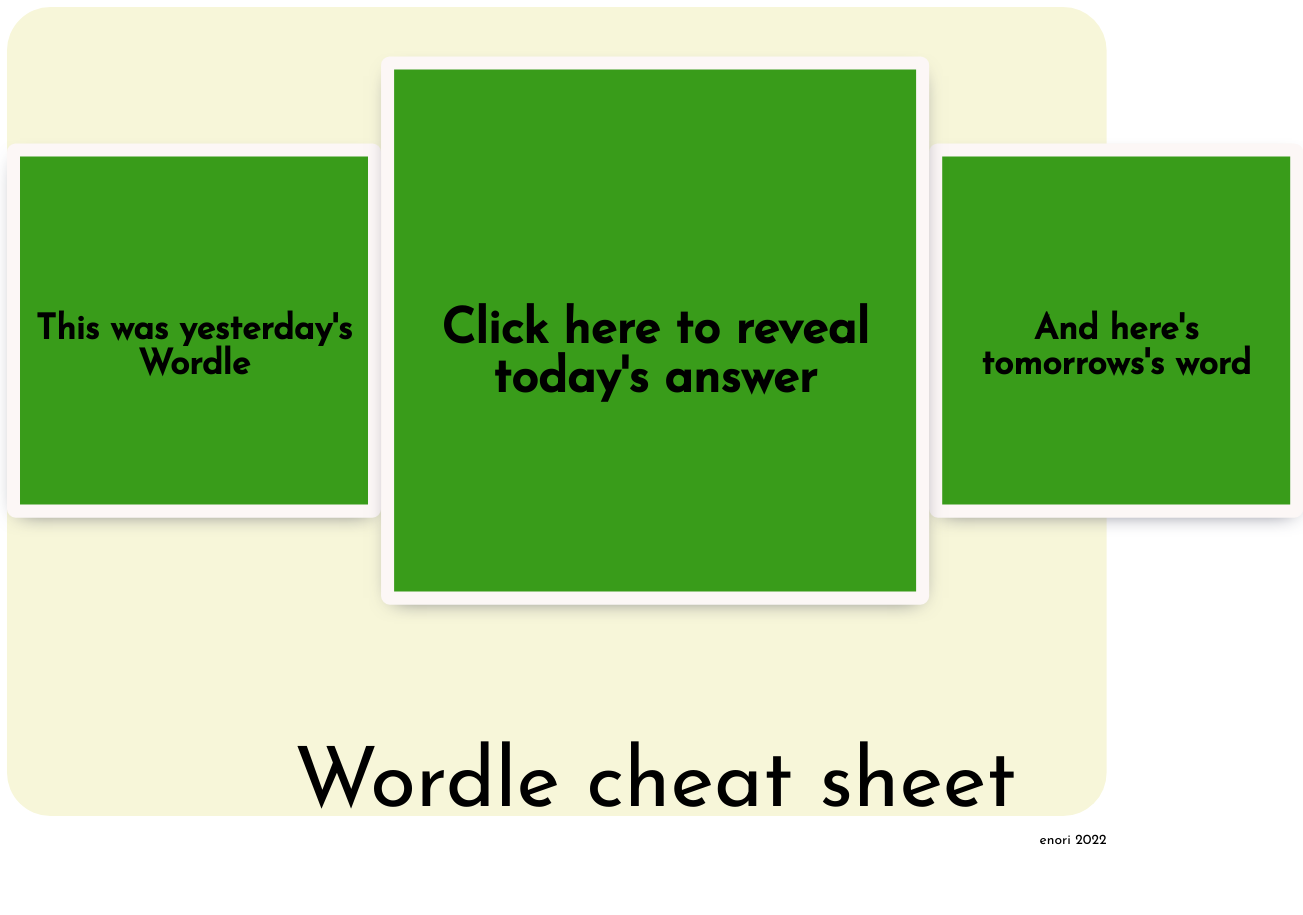
Repository: enoripl/tomorrows-wordle
Page: index.html
The author's editor kept a copy of each file at every save. The page is drawn from the files as they stood at one save, then again after the next save.
The browser window is 1280 px wide. The page is 1498 px wide, so the pictures cover 1498 px, including what lies to the right of the window. The pictures show the whole page, at 87% of full size.

Above is the page before, as saved 2022-02-09 19:41:34.

After the next save:
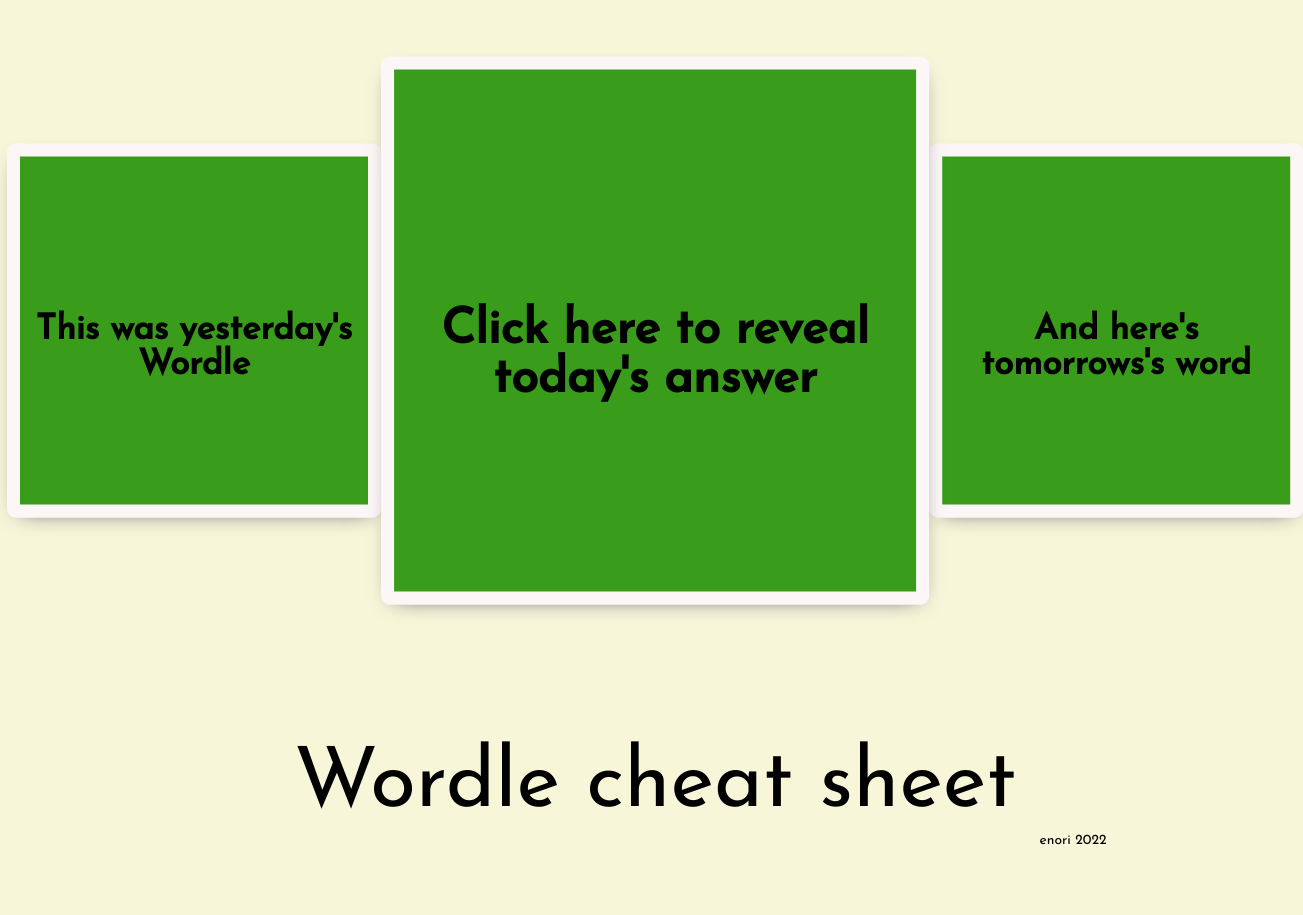
Saved 9 s later.
--- a/styles.css
+++ b/styles.css
@@ -6,12 +6,12 @@
   display: flex;
   flex-direction: column;
   min-height: 100vh;
+  background-color: rgb(247, 246, 217);
 }
 
 .main-content {
 display: grid;
 grid-template-rows: 80% 300px;
-  background-color: rgb(247, 246, 217);
     border-radius: 50px;
 }
 
